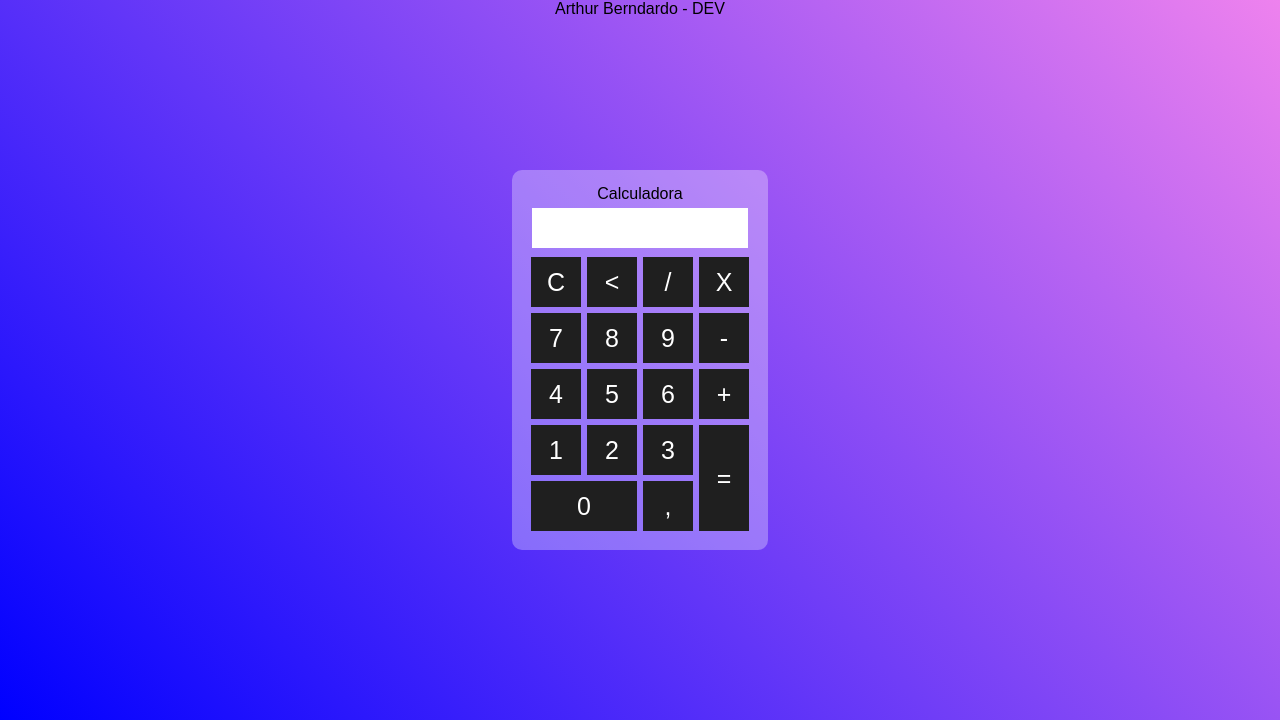
Repository: oThurDev/calculadora
Page: calculadora.html
An editor plug-in stored every save of this project. The page is shown before and after the next save, followed by the edit.
The browser window is 1280 px wide. The pictures show the whole page.

Above is the page before, as saved 2022-02-25 16:33:54.

After the next save:
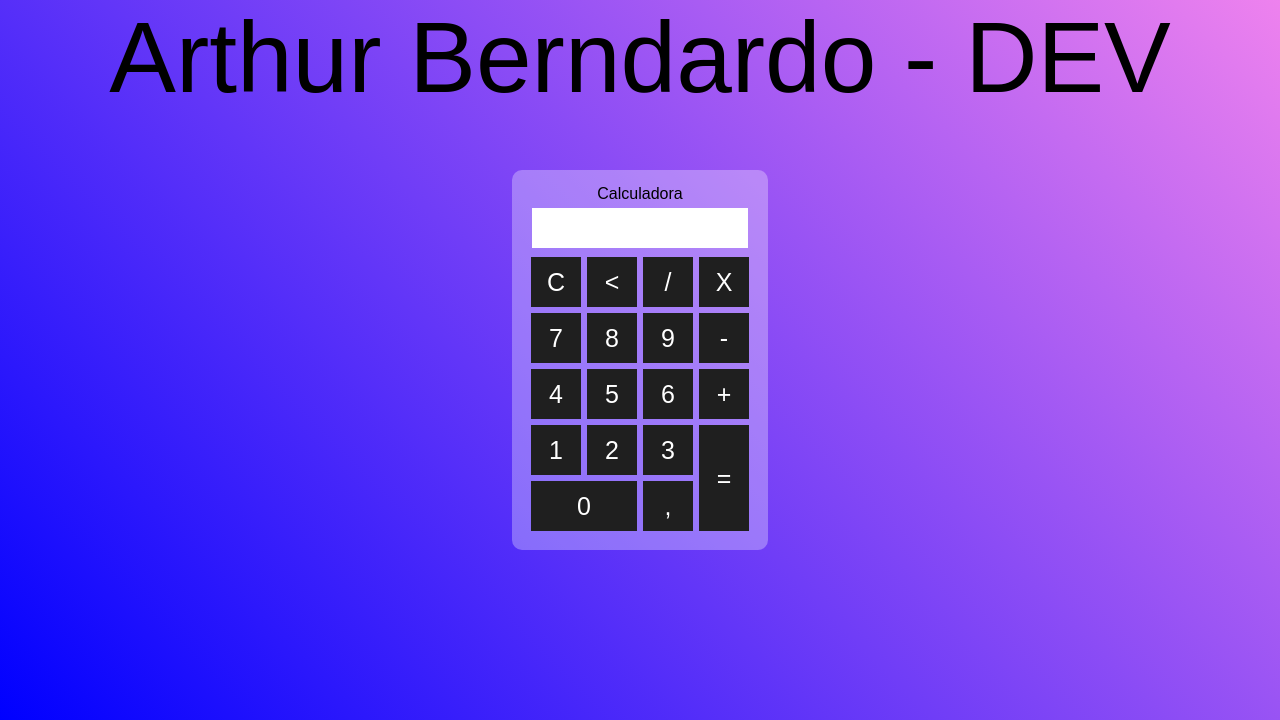
Saved 20 s later.
--- a/style_calculadora.css
+++ b/style_calculadora.css
@@ -9,6 +9,10 @@
     color: black;
     font-family: Arial, Helvetica, sans-serif;
     text-align: center;
+}
+
+.title{
+    font-size: 100px;
 }
 
 .calculadora{
